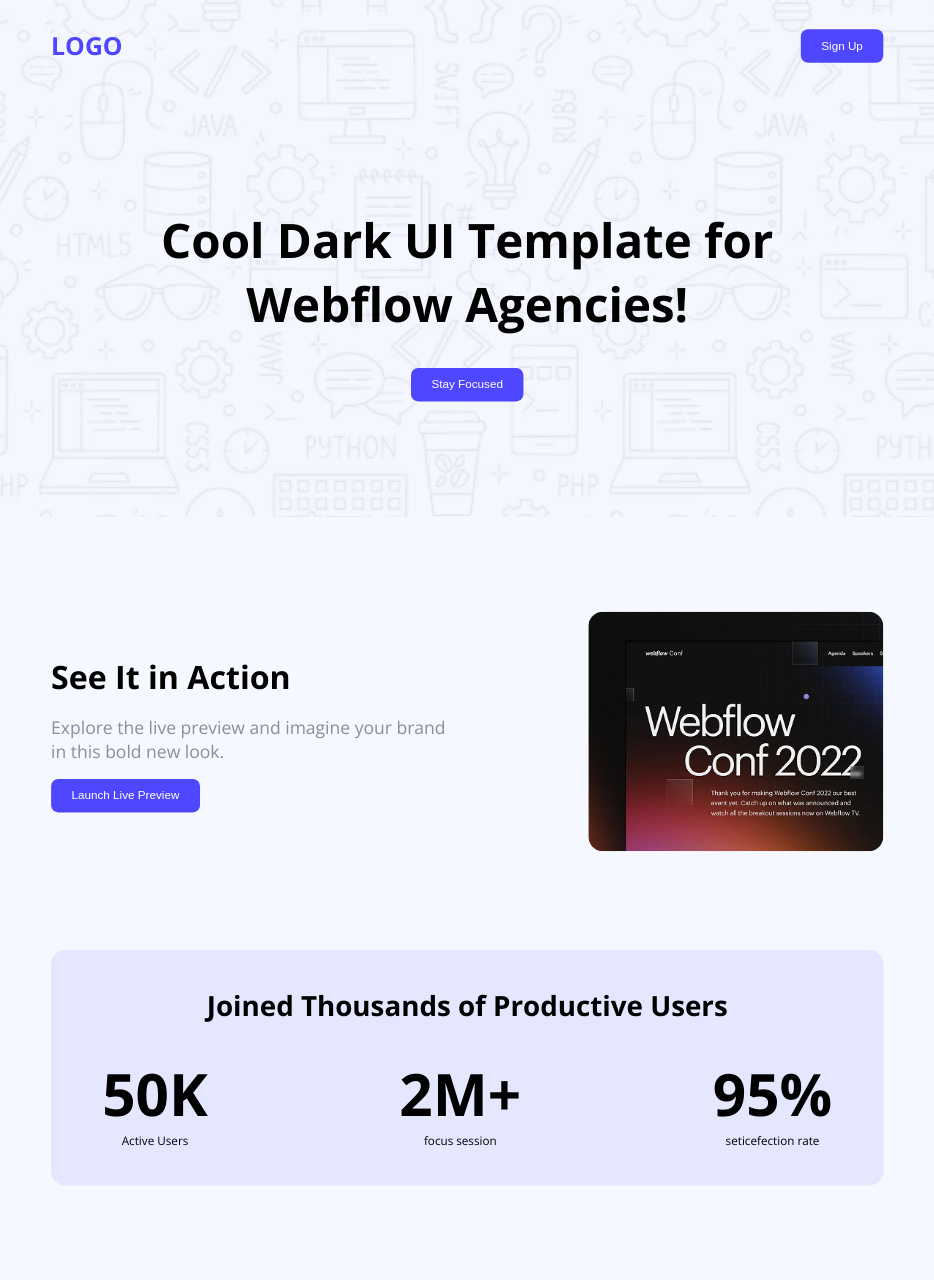
Repository: nahid-hasann/website-3
Page: index.html
The author's editor kept a copy of each file at every save. The page is drawn from the files as they stood at one save, then again after a run of saves.
The browser window is 1280 px wide. The pictures show the whole page, at 73% of full size.

Above is the page before, as saved 2025-07-10 20:35:45.

After the next 2 saves:
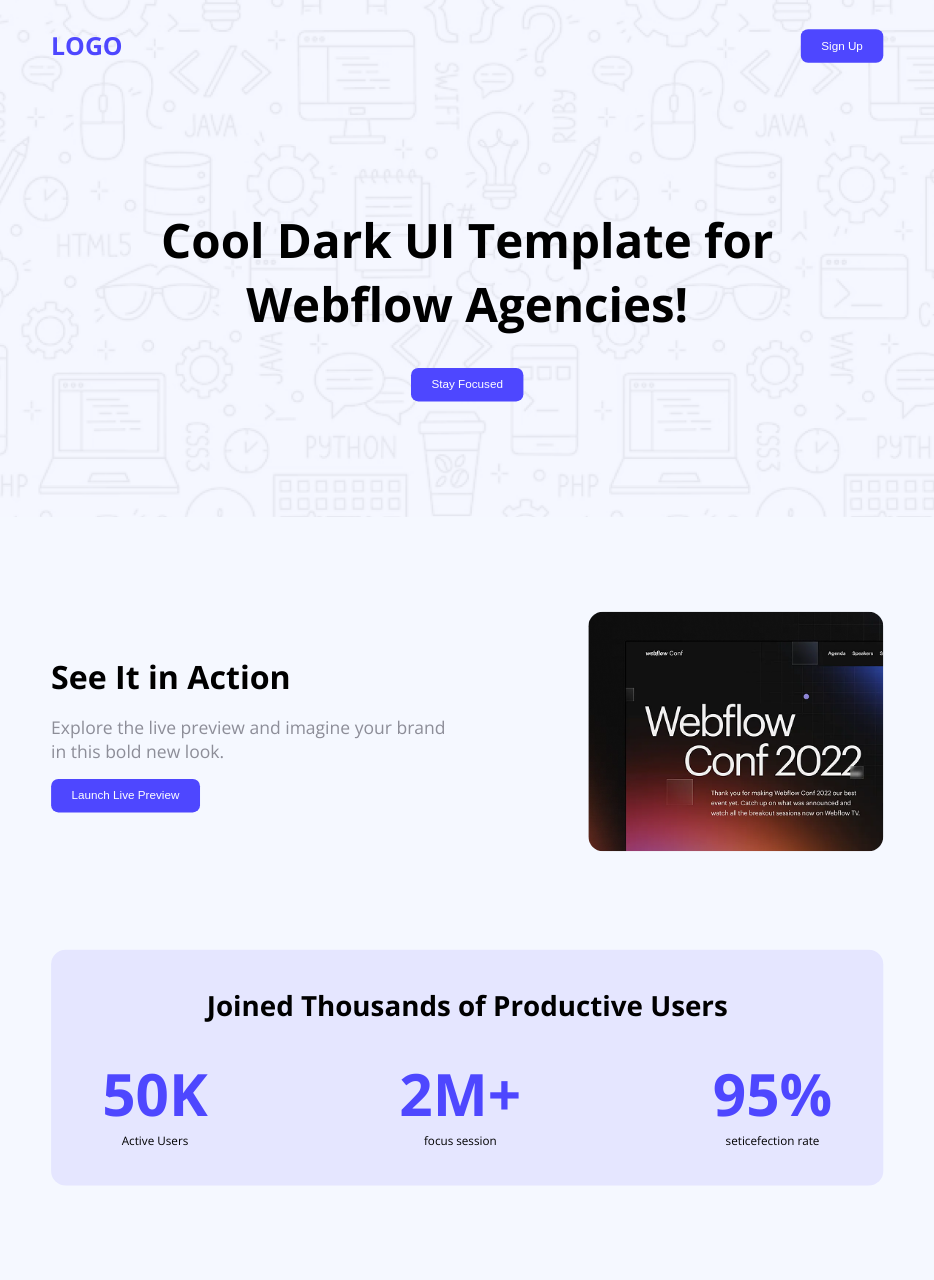
The 2 saves are shown as one change because they came seconds apart.
The last was saved 37 s later.
--- a/style.css
+++ b/style.css
@@ -113,6 +113,7 @@
 .productive-user-songkha h1{
     text-align: center;
     font-size: 80px;
+    color: #4e47ff;
 }
 
 .productive-user-songkha p{
